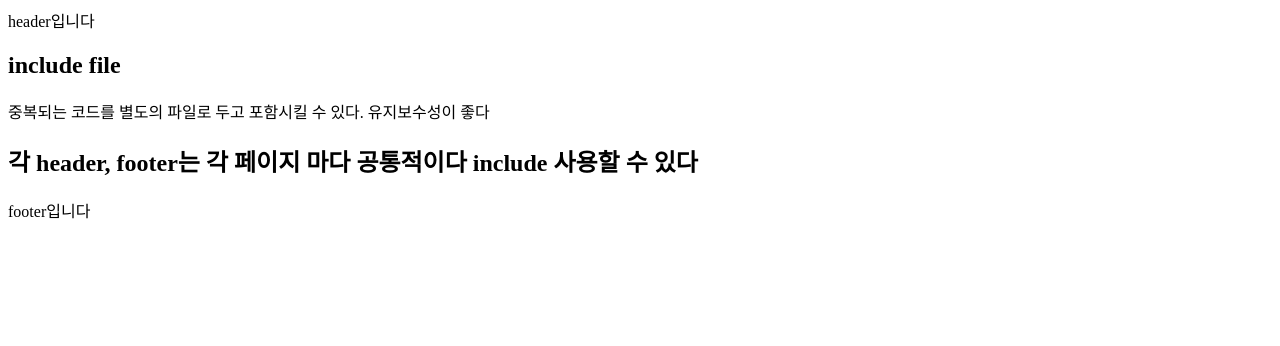
Repository: GTEM0/Acorn-classEdue2-java2-
Page: http://localhost/prj0830/학습내용_/index.jsp
The author's editor kept a copy of each file at every save. The page is drawn from the files as they stood at one save, then again after the next save.
The browser window is 1280 px wide. The pictures show the whole page.
The page is served by Tomcat 9.

Above is the page before, as saved 2023-08-30 00:29:36.

After the next save:
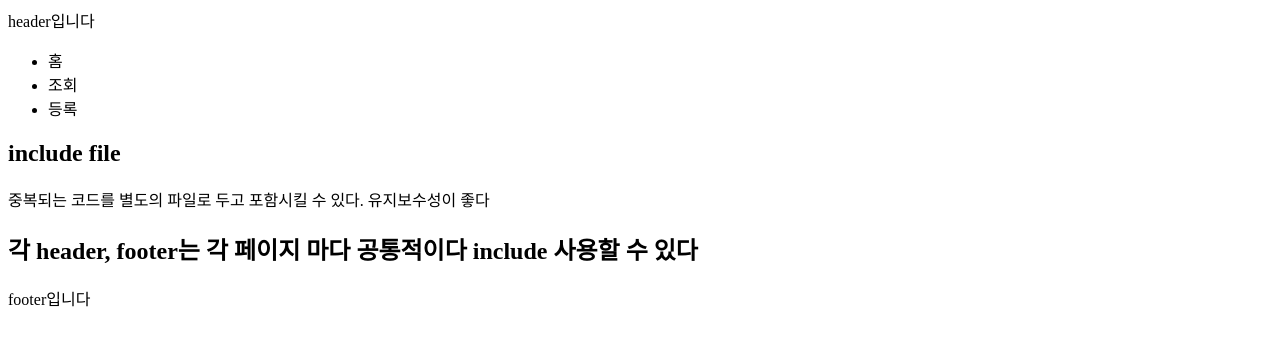
Saved 86 s later.
--- a/prj0830/src/main/webapp/학습내용_/index.jsp
+++ b/prj0830/src/main/webapp/학습내용_/index.jsp
@@ -9,6 +9,11 @@
 <body>
 <%@  include file="header.jsp" %>
 <!-- header가 들어 갈 자리 -->
+
+
+<!-- nav가 들어갈 자리 -->
+
+<%@ include file="nav.jsp" %>
 <h2>   include file </h2>
 
 <p>
